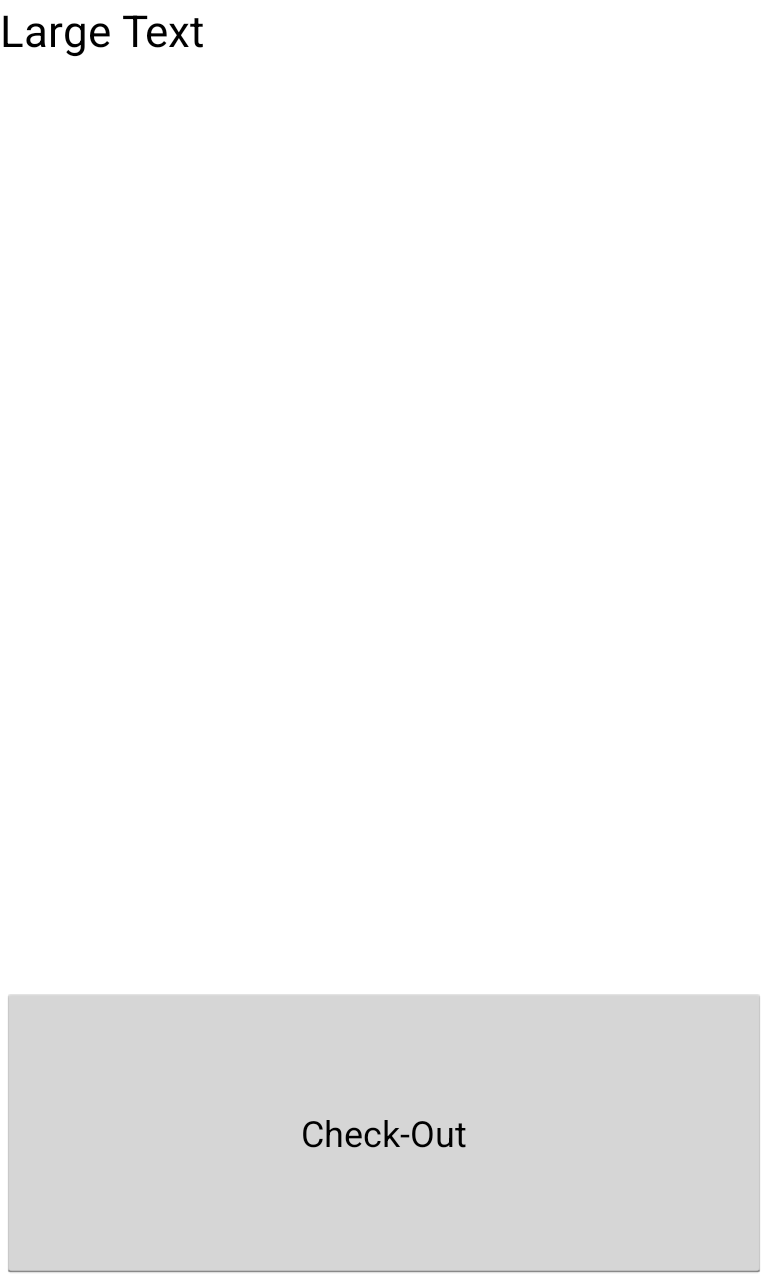
Repository: numaiomul/eclipse_workspace
Layout: CIS/res/layout/restaurant_menu.xml
An editor plug-in stored every save of this project. The layout is shown before and after the next save, followed by the edit.
It is drawn on a 768 x 1280 px phone screen (xhdpi) without system bars, with theme AppTheme; the app's code is not run. Lists and similar views that code fills are empty.

Above is the layout before, as saved 2012-10-28 10:16:12.

After the next save:
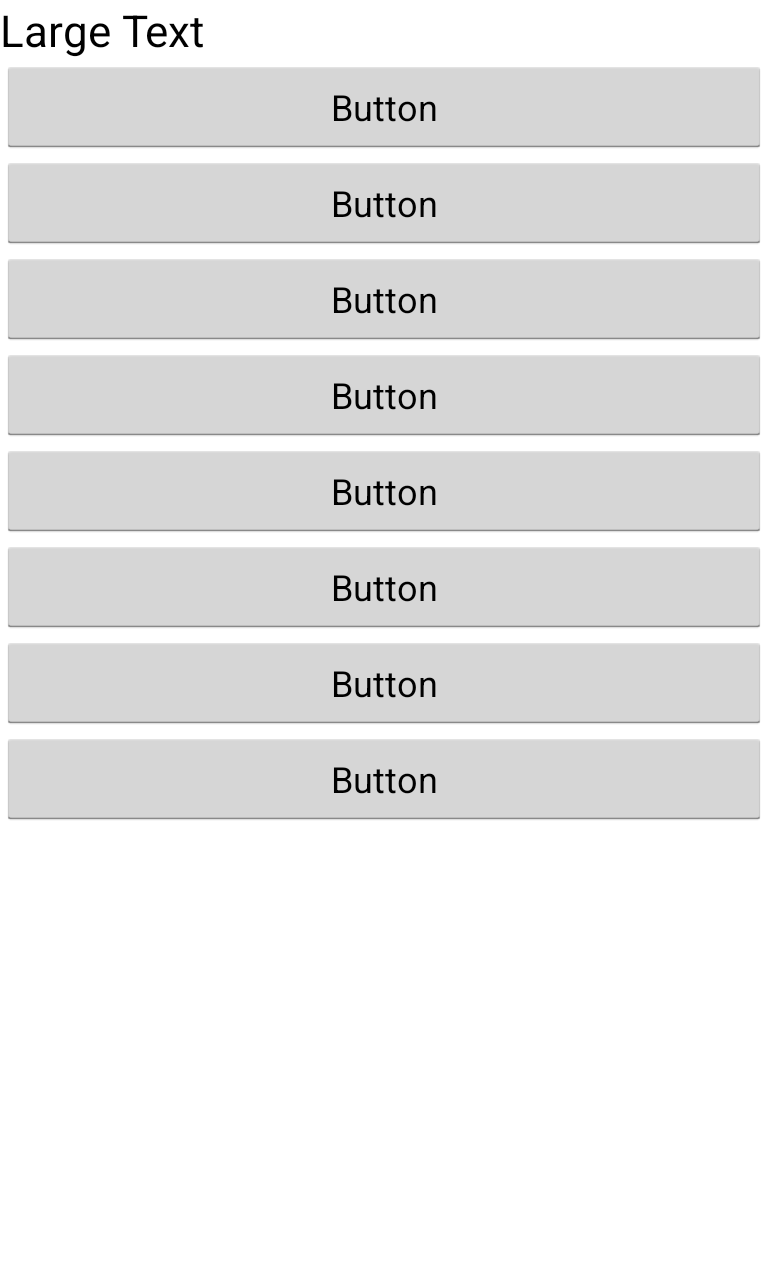
Saved 4 min 45 s later.
--- a/CIS/res/layout/restaurant_menu.xml
+++ b/CIS/res/layout/restaurant_menu.xml
@@ -12,20 +12,60 @@
         android:textAppearance="?android:attr/textAppearanceLarge" />
 
 
+    <Button
+        android:id="@+id/button2"
+        android:layout_width="match_parent"
+        android:layout_height="wrap_content"
+        android:text="Button" />
 
-    <ListView
-        android:id="@+id/listView1"
-        android:layout_width="match_parent"
-        android:layout_height="366dp"
-        android:layout_weight="0.65" >
 
-    </ListView>
 
     <Button
-        android:id="@+id/button1"
+        android:id="@+id/button3"
         android:layout_width="match_parent"
         android:layout_height="wrap_content"
-        android:layout_weight="0.66"
-        android:text="@string/checkout" />
+        android:text="Button" />
+
+
+    <Button
+        android:id="@+id/button4"
+        android:layout_width="match_parent"
+        android:layout_height="wrap_content"
+        android:text="Button" />
+
+
+    <Button
+        android:id="@+id/button5"
+        android:layout_width="match_parent"
+        android:layout_height="wrap_content"
+        android:text="Button" />
+
+
+    <Button
+        android:id="@+id/button6"
+        android:layout_width="match_parent"
+        android:layout_height="wrap_content"
+        android:text="Button" />
+
+
+    <Button
+        android:id="@+id/button7"
+        android:layout_width="match_parent"
+        android:layout_height="wrap_content"
+        android:text="Button" />
+
+
+    <Button
+        android:id="@+id/button8"
+        android:layout_width="match_parent"
+        android:layout_height="wrap_content"
+        android:text="Button" />
+
+
+    <Button
+        android:id="@+id/button9"
+        android:layout_width="match_parent"
+        android:layout_height="wrap_content"
+        android:text="Button" />
 
 </LinearLayout>
